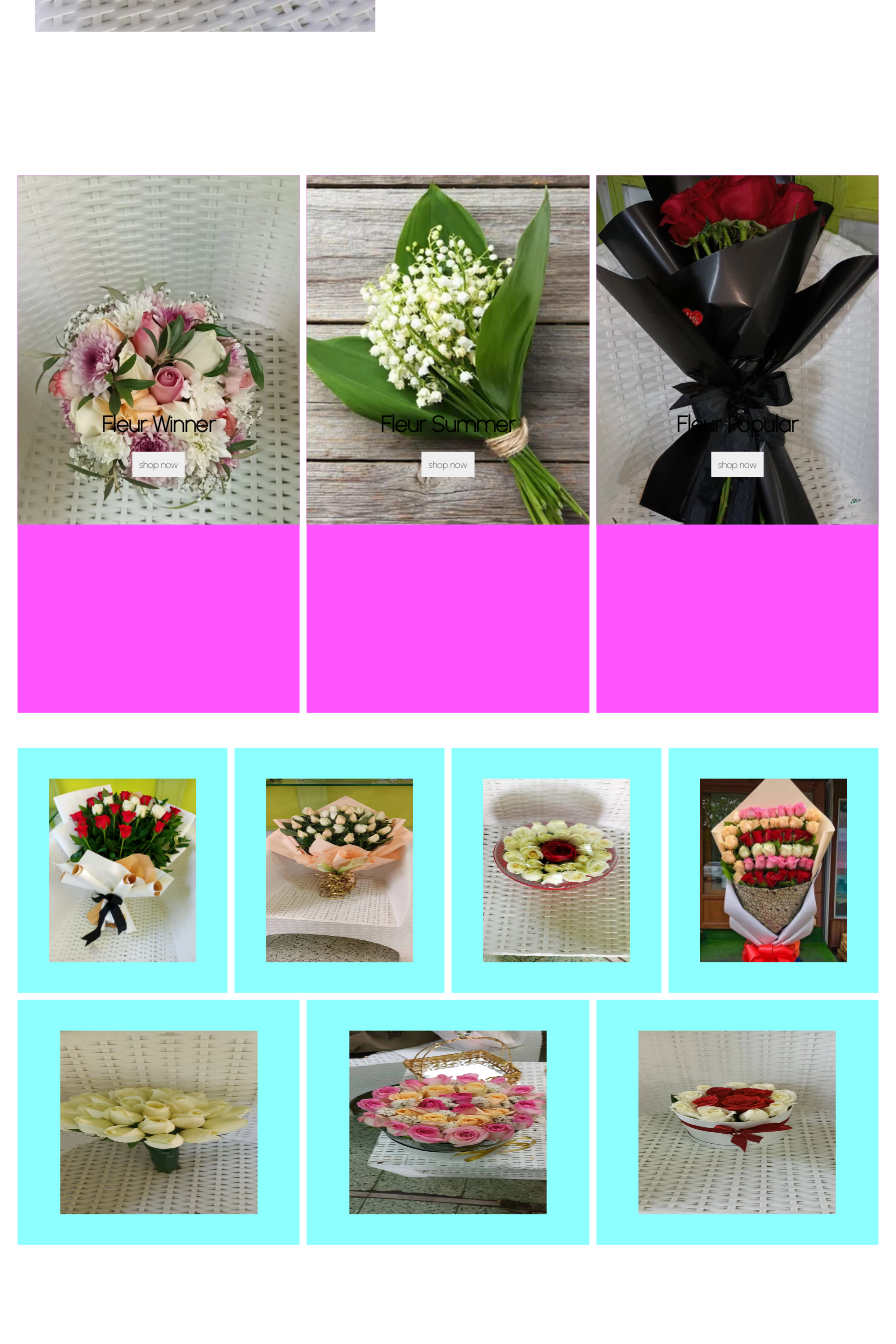
Repository: jarraymassaoud/react-web
Page: /
The author's editor kept a copy of each file at every save. The page is drawn from the files as they stood at one save, then again after the next save.
The browser window is 1280 px wide. The pictures show the part of the page from y = 729 to 2649 px (the page is 3143 px tall before and 2887 px after), at 70% of full size.
The project was rebuilt for these pictures with package versions that can differ from the ones it lists, and the page was loaded fresh each time. Also part of the build but not shown: src/pages/Cart.jsx, src/pages/Login.jsx, src/pages/Bunch.jsx.

Above is the page before, as saved 2022-05-31 08:08:31.

### public/index.html
<!DOCTYPE html>
<html lang="en">
  <head>
    <meta charset="utf-8" />
    <link rel="icon" href="%PUBLIC_URL%/favicon.ico" />
    <meta name="viewport" content="width=device-width, initial-scale=1" />
    <meta name="theme-color" content="#000000" />
    <meta
      name="description"
      content="Web site created using create-react-app"
    />
    <link rel="preconnect" href="https://fonts.googleapis.com" />
    <link rel="preconnect" href="https://fonts.gstatic.com" crossorigin />
    <link
      href="https://fonts.googleapis.com/css2?family=Urbanist:wght@100&display=swap"
      rel="stylesheet"
    />
    <style>
      * {
        margin: 0;
        font-family: "Urbanist", sans-serif;
      }
    </style>
    <!--
      manifest.json provides metadata used when your web app is installed on a
      user's mobile device or desktop. See https://developers.google.com/web/fundamentals/web-app-manifest/
    -->
    <!--
      Notice the use of %PUBLIC_URL% in the tags above.
      It will be replaced with the URL of the `public` folder during the build.
      Only files inside the `public` folder can be referenced from the HTML.

      Unlike "/favicon.ico" or "favicon.ico", "%PUBLIC_URL%/favicon.ico" will
      work correctly both with client-side routing and a non-root public URL.
      Learn how to configure a non-root public URL by running `npm run build`.
    -->
    <title>React App</title>
  </head>
  <body>
    <noscript>You need to enable JavaScript to run this app.</noscript>
    <div id="root"></div>
    <!--
      This HTML file is a template.
      If you open it directly in the browser, you will see an empty page.

      You can add webfonts, meta tags, or analytics to this file.
      The build step will place the bundled scripts into the <body> tag.

      To begin the development, run `npm start` or `yarn start`.
      To create a production bundle, use `npm run build` or `yarn build`.
    -->
  </body>
</html>

### src/App.jsx
import React from "react";
import Cart from "./pages/Cart";
import Login from "./pages/Login";
import Home from "./pages/Home";
import Bunch from "./pages/Bunch";

const App = () => {
  return <Home />;
};

export default App;

### src/pages/Home.jsx
import React from "react";
import Annonce from "../components/Annonce";
import Navbar from "../components/Navbar";
import Slider from "../components/Slider";
import Categories from "../components/Categories";
import Products from "../components/Products";
import Newsletter from "../components/Newsletter";
import Footer from "../components/Footer";

const Home = () => {
  return (
    <div>
      <Annonce />
      <Navbar />
      <Slider />
      <Categories />
      <Products />
      <Newsletter />
      <Footer />
    </div>
  );
};

export default Home;

### src/components/Annonce.jsx
import styled from "styled-components";

const Container = styled.div`
  height: 30px;
  background-color: teal;
  color: white;
  display: flex;
  align-items: center;
  justify-content: center;
  font-size: 14px;
  font-weight: 500;
  margin: 10px;
`;

const Annonce = () => {
  return (
    <div>
      <Container>nouvelle promotion</Container>
    </div>
  );
};

export default Annonce;

### src/components/Footer.jsx
import {
  Facebook,
  GitHub,
  LinkedIn,
  MailOutline,
  Phone,
  Room,
} from "@material-ui/icons";
import React from "react";
import styled from "styled-components";
const Container = styled.div`
  display: flex;
  border: 0.5px solid lightgray;
  border-radius: 10px;
  background-color: gainsboro;
`;
const Left = styled.div`
  flex: 1;
  display: flex;
  padding: 20px;
  flex-direction: column;
  margin-left: 100px;
`;
const Logo = styled.h1``;
const Desc = styled.p`
  margin: 20px 0px;
`;
const SocialContainer = styled.div`
  display: flex;
`;
const SocialIcon = styled.div`
  width: 40px;
  height: 40px;
  border-radius: 50%;
  color: white;
  background-color: #${(props) => props.color};
  display: flex;
  align-items: center;
  justify-content: center;
  margin-right: 10px;
`;

const Center = styled.div`
  flex: 1;
  padding: 20px;
  align-items: center;
  justify-content: center;
`;
const Title = styled.h3`
  margin-bottom: 30px;
`;
const List = styled.ul`
  margin: 0px;
  padding: 0px;
  list-style: none;
  flex-wrap: wrap;
`;
const ListItem = styled.li`
  width: 50%;
`;
const Right = styled.div`
  flex: 1;
  padding: 20px;
  justify-content: center;
  align-items: center;
  margin-left: 100px;
`;
const ContactItem = styled.div``;

const Footer = () => {
  return (
    <Container>
      <Left>
        <Logo> MS</Logo>
        <Desc>My web site</Desc>
        <SocialContainer>
          <SocialIcon color="0080ff">
            <Facebook />
          </SocialIcon>
          <SocialIcon color="0059b3">
            <LinkedIn />
          </SocialIcon>
          <SocialIcon color="000000">
            <GitHub />
          </SocialIcon>
        </SocialContainer>
      </Left>
      <Center>
        <Title> Links</Title>
        <List>
          <ListItem>Home</ListItem>
          <ListItem>Cart</ListItem>
          <ListItem>Accesoires</ListItem>
          <ListItem>MyAccount</ListItem>
        </List>
      </Center>
      <Right>
        <Title> Contact</Title>
        <ContactItem>
          <Room />
          Tunisia
        </ContactItem>
        <ContactItem>
          <Phone />
          26092674
        </ContactItem>
        <ContactItem>
          <MailOutline /> jarraymassoud@gmail.com
        </ContactItem>
      </Right>
    </Container>
  );
};

export default Footer;

### src/components/Navbar.jsx
import { Search, ShoppingCartOutlined } from "@material-ui/icons";
import { Badge } from "@material-ui/core";
import React from "react";
import styled from "styled-components";

const Container = styled.div`
  height: 40px;
`;

const Wrapper = styled.div`
  padding: 4px 20px;
  display: flex;
  justify-content: space-between;
`;

const Left = styled.div`
  flex: 1;
  display: flex;
  align-items: center;
`;

const Language = styled.span`
  font-size: 14px;
  cursor: pointer;
`;
const SearchContainer = styled.div`
  border: 0.5px solid lightgray;
  display: flex;
  align-items: center;
  margin-left: 20px;
  padding: 5px;
`;
const Input = styled.input`
  border: none;
`;
const Center = styled.div`
  flex: 1;
  text-align: center;
`;
const Logo = styled.h1`
  font-weight: bold;
  display: flex;
  justify-content: center;
`;
const Right = styled.div`
  flex: 1;
  display: flex;
  align-items: center;
  justify-content: flex-end;
`;
const MenuItem = styled.div`
  font-size: 14px;
  cursor: pointer;
  margin-left: 20px;
`;
const Navbar = () => {
  return (
    <Container>
      <Wrapper>
        <Left>
          <Language>EN</Language>
          <SearchContainer>
            <Input />
            <Search style={{ color: "red", fontSize: 16 }} />
          </SearchContainer>
        </Left>
        <Center>
          <Logo>My boutique MS</Logo>
        </Center>
        <Right>
          <MenuItem>Register</MenuItem>
          <MenuItem> Sign In</MenuItem>
          <MenuItem>
            <Badge badgeContent={100} color="primary" max={99}>
              <ShoppingCartOutlined />
            </Badge>
          </MenuItem>
        </Right>
      </Wrapper>
    </Container>
  );
};

export default Navbar;

### src/components/Slider.jsx
import React from "react";

import { ArrowLeftOutlined, ArrowRightOutlined } from "@material-ui/icons";
import styled from "styled-components";
import { sliderItems } from "../data";
import { useState } from "react";

const Container = styled.div`
  width: 100%;
  height: 120vh;
  display: flex;
  position: relative;
  overflow: hidden;
`;

const Arrow = styled.div`
  width: 50px;
  height: 50px;
  border-radius: 50%;
  display: flex;
  align-items: center;
  justify-content: center;
  position: absolute;
  top: 0%;
  left: ${(props) => props.direction === "left" && "10px"};
  right: ${(props) => props.direction === "right" && "10px"};
  bottom: 5%;
  margin: auto;
  cursor: pointer;
  opacity: 0.5;
  z-index: 2;
`;
const Wrapper = styled.div`
  height: 90%;
  display: flex;
  transition: all 1.5s ease;
  transform: translateX(${(props) => props.slideIndex * -100}vw);
`;
const Slide = styled.div`
  width: 100vw;
  height: 100vh;
  display: flex;
  align-items: center;
  background-color: #${(props) => props.bg};
`;
const ImgContainer = styled.div`
  padding-left: 50px;
  height: 90%;
  flex: 1;
`;
const InfoContainer = styled.div`
  flex: 1;
`;
const Image = styled.img`
  height: 100%;
`;
const Title = styled.h1`
  font-family: sans-serif;
  font-size: 50px;
`;
const Desc = styled.p`
  margin: 30px 0px;
  font-size: 20px;
  font-weight: 500;
  letter-spacing: 2px;
`;
const Button = styled.button`
  padding: 10px;
  font-size: 20px;
  background-color: transparent;
  cursor: pointer;
`;

const Slider = () => {
  const [slideIndex, setSlideIndex] = useState(0);
  const handleClick = (direction) => {
    if (direction === "left") {
      setSlideIndex(slideIndex > 0 ? slideIndex - 1 : 2);
    } else {
      setSlideIndex(slideIndex < 2 ? slideIndex + 1 : 0);
    }
  };

  return (
    <Container>
      <Arrow direction="left" onClick={() => handleClick("left")}>
        <ArrowLeftOutlined />
      </Arrow>
      <Wrapper slideIndex={slideIndex}>
        {sliderItems.map((item) => (
          <Slide>
            <ImgContainer>
              <Image src={item.img} />
            </ImgContainer>
            <InfoContainer>
              <Title>{item.title}</Title>
              <Desc>{item.desc}</Desc>
              <Button>show new</Button>
            </InfoContainer>
          </Slide>
        ))}
      </Wrapper>

      <Arrow direction="right" onClick={() => handleClick("right")}>
        <ArrowRightOutlined />
      </Arrow>
    </Container>
  );
};

export default Slider;

### src/components/Categories.jsx
import styled from "styled-components";
import React from "react";
import { categories } from "../data";
import CategoryItem from "./CategoryItem";

const Container = styled.div`
  flex: 1;
  display: flex;
  padding: 20px;
`;
const Categories = () => {
  return (
    <Container>
      {categories.map((item) => (
        <CategoryItem item={item} />
      ))}
    </Container>
  );
};

export default Categories;

### src/components/Products.jsx
import styled from "styled-components";
import { products } from "../data";
import Product from "./Product";

const Container = styled.div`
  display: flex;
  padding: 20px;
  flex-wrap: wrap;
  justify-content: space-between;
`;
const Products = () => {
  return (
    <Container>
      {products.map((item) => (
        <Product item={item} key={item.id} />
      ))}
    </Container>
  );
};

export default Products;

### src/components/Newsletter.jsx
import { Send } from "@material-ui/icons";
import styled from "styled-components";

const Container = styled.div`
  height: 60vh;
  background-color: white;
  display: flex;
  align-items: center;
  justify-content: center;
  flex-direction: column;
`;
const Title = styled.h1`
  font-size: 70px;
`;
const Desc = styled.div`
  font-size: 30px;
  font-weight: 300;
`;
const InputContainer = styled.div`
  width: 50%;
  height: 40px;
  display: flex;
  justify-content: space-between;
  border: 1px solid lavender;
`;
const Input = styled.input`
  border: none;
  flex: 8;
`;
const Button = styled.button`
  flex: 1;
  border: none;
  background-color: #5ff;
`;

const Newsletter = () => {
  return (
    <Container>
      <Title> Newsletter</Title>
      <Desc> your web site</Desc>
      <InputContainer>
        <Input placeholder="your email" />
        <Button>
          <Send />
        </Button>
      </InputContainer>
    </Container>
  );
};

export default Newsletter;

### src/data.js
export const sliderItems = [
  {
    id: 1,
    img: "images/img1.jpg",
    title: "Fleur Winner",
    desc: "Bouquet de fleur rouge",
    bg: "fcf1ed",
  },

  {
    id: 2,
    img: "images/img25.jpg",
    title: "Fleur Summer",
    desc: "Bouquet de fleur rouge",
    bg: "f5fafd",
  },
  {
    id: 3,
    img: "images/img20.jpg",
    title: "Fleur Popular",
    desc: "Bouquet de fleur popular",
    bg: "fbf0f4",
  },
];

export const categories = [
  {
    id: 1,
    img: "images/img4.jpg",
    title: "Fleur Winner",
  },
  {
    id: 2,
    img: "images/img5.jpg",
    title: "Fleur Summer",
  },
  {
    id: 3,
    img: "images/img6.jpg",
    title: "Fleur Popular",
  },
];
export const products = [
  {
    id: 1,
    img: "images/img7.jpg",
  },
  {
    id: 2,
    img: "images/img8.jpg",
  },
  {
    id: 3,
    img: "images/img10.jpg",
  },
  {
    id: 4,
    img: "images/img11.jpg",
  },
  {
    id: 5,
    img: "images/img13.jpg",
  },

  {
    id: 6,
    img: "images/img14.jpg",
  },
  {
    id: 6,
    img: "images/img26.jpg",
  },
];

### src/components/CategoryItem.jsx
import React from "react";
import styled from "styled-components";

const Container = styled.div`
  flex: 1;
  margin: 5px;
  height: 60vw;
  background-color: #f5f;

  position: relative;
`;
const Image = styled.img`
  width: 100%;
  height: 65%;
  object-fit: cover;
`;
const Info = styled.div`
  position: absolute;
  top: 0%;
  left: 0%;
  width: 100%;
  height: 100%;
  align-items: center;
  display: flex;
  flex-direction: column;
  justify-content: center;
`;
const Title = styled.h1`
  margin-bottom: 20px;
`;
const Button = styled.button`
  border: none;
  padding: 10px;
  cursor: pointer;
  align-items: center;
  font-weight: 600%;
`;
const CategoryItem = ({ item }) => {
  return (
    <Container>
      <Image src={item.img} />
      <Info>
        <Title>{item.title}</Title>
        <Button> shop now</Button>
      </Info>
    </Container>
  );
};

export default CategoryItem;

### src/components/Product.jsx
import {
  FavoriteBorderOutlined,
  SearchOutlined,
  ShoppingCartOutlined,
} from "@material-ui/icons";
import styled from "styled-components";

const Info = styled.div`
  opacity: 0;
  width: 100%;
  height: 100%;
  top: 0%;
  left: 0%;
  position: absolute;
  background-color: rgba(0, 0, 0, 0.2);
  align-items: center;
  justify-content: center;
  display: flex;
  z-index: 3;
  transform: all 0.5s ease;
  cursor: pointer;
`;
const Container = styled.div`
  flex: 1;
  margin: 5px;
  min-width: 280px;
  height: 350px;
  display: flex;
  align-items: center;
  justify-content: center;
  background-color: #5ffa;
  position: relative;

  &:hover ${Info} {
    opacity: 1;
  }
`;
const Image = styled.img`
  height: 75%;
  z-index: 2;
  width: 70%;
`;
/*const Circle = styled.div`
  width: 200px;
  height: 200px;
  border-radius: 70%;
  background-color: white;
  position: absolute;
`;*/
const Icon = styled.div`
  width: 40px;
  height: 40px;
  border-radius: 50%;
  background-color: white;
  align-items: center;
  display: flex;
  justify-content: center;
  margin: 10px;
  transition: all 0.5s ease;

  &:hover {
    background-color: #e9f5f5;
    transform: scale(1.5);
  }
`;

const Product = ({ item }) => {
  return (
    <Container>
      <Image src={item.img} />
      <Info>
        <Icon>
          <SearchOutlined />
        </Icon>
        <Icon>
          <FavoriteBorderOutlined />
        </Icon>
        <Icon>
          <ShoppingCartOutlined />
        </Icon>
      </Info>
    </Container>
  );
};

export default Product;

Loaded but not shown: src/index.js (common file); src/index.css (common file); src/reportWebVitals.js (common file)

After the next save:
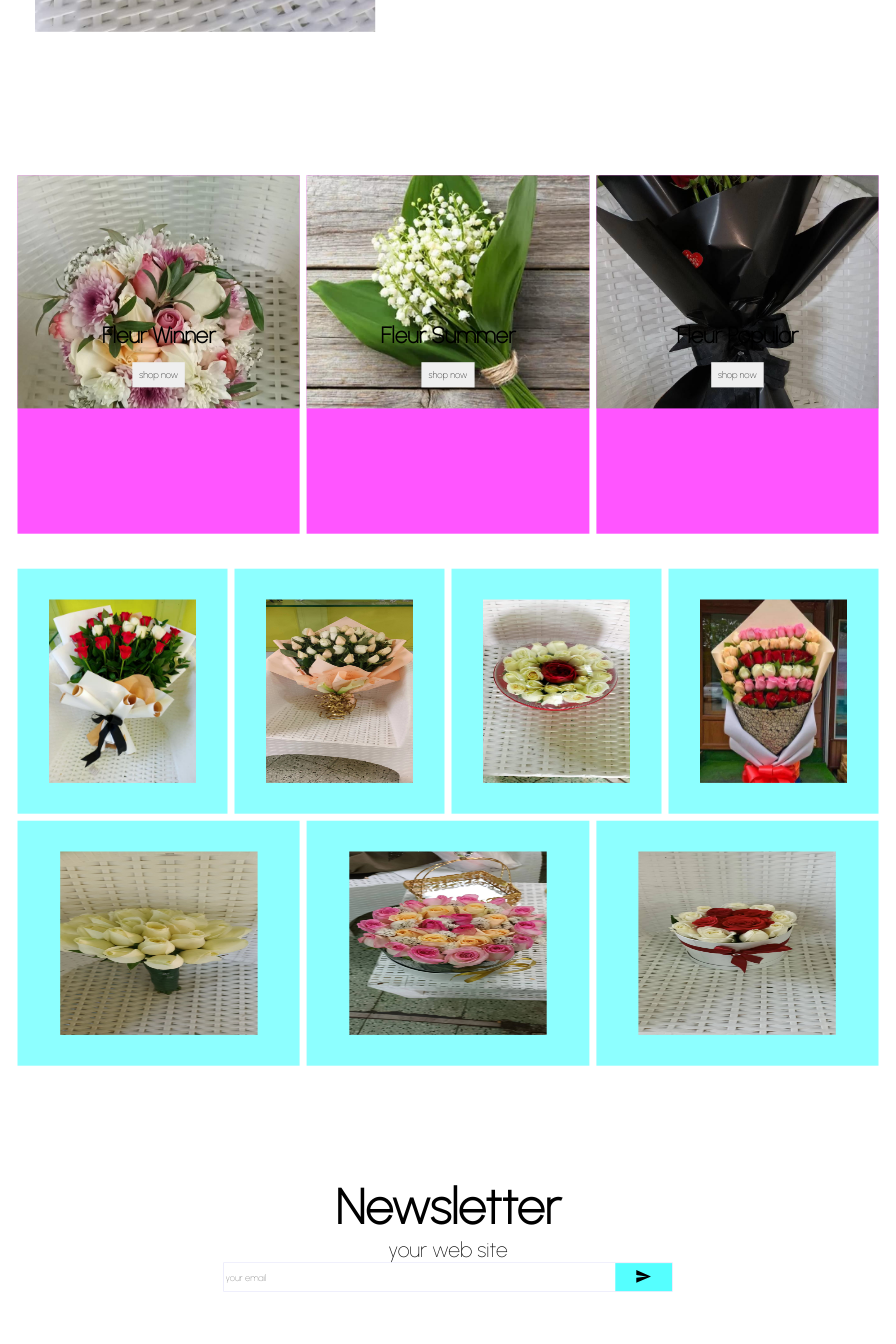
Saved 5 min 15 s later.
--- a/src/components/CategoryItem.jsx
+++ b/src/components/CategoryItem.jsx
@@ -4,7 +4,7 @@ import styled from "styled-components";
 const Container = styled.div`
   flex: 1;
   margin: 5px;
-  height: 60vw;
+  height: 40vw;
   background-color: #f5f;
 
   position: relative;
